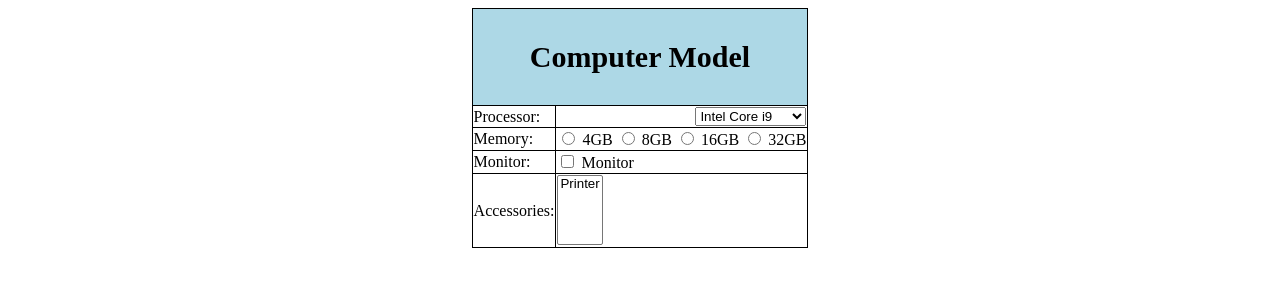
Repository: FatCat0712/JSP
Page: http://localhost/bai_20/computer.jsp
The author's editor kept a copy of each file at every save. The page is drawn from the files as they stood at one save, then again after the next save.
The browser window is 1280 px wide. The pictures show the whole page.
The page is served by Tomcat 9.

Above is the page before, as saved 2024-04-22 12:21:44.

### bai_20/src/main/webapp/computer.jsp
<%@ page language="java" contentType="text/html; charset=UTF-8"
    pageEncoding="UTF-8"%>
<!DOCTYPE html>
<html>
<head>
<meta charset="UTF-8">
<title>Insert title here</title>
<style>
	table,td{
		border: 1px solid black;
		border-collapse: collapse;
	}
</style>
</head>
<body>
	<form action="donHang.jsp">
		<table style="margin-left: auto; margin-right: auto">
			<tr>
				<td colspan="2" style="background-color: lightblue; align-content: center; text-align: center;">
					<p style="font-size: 30px; font-weight: bold;">Computer Model</p>
				</td>
			</tr>
			<tr>
				<td>Processor: </td>
				<td align="right">
					<select name="Processor">
						<option value="corei9">Intel Core i9</option>
						<option value="corei7">Intel Core i7</option>
						<option value="corei5">Intel Core i5</option>
						<option value="corei3">Intel Core i3</option>
						<option value="dualcore">Intel Dual Core</option>
						<option value="pentium">Intel Pentium</option>
					</select>
				</td>
			</tr>
			<tr>
				<td>Memory: </td>
				<td>

						<input type="radio" id="m1" name="memory">
						<label for="m1">4GB</label>

						<input type="radio" id="m2" name="memory">
						<label for="m2">8GB</label>

						<input type="radio" id="m3" name="memory">
						<label for="m3">16GB</label>

						<input type="radio" id="m4" name="memory">
						<label for="m4">32GB</label>


				</td>
			</tr>

			<tr>
				<td>Monitor: </td>
				<td>
					<input type="checkbox" name="monitor" id="monitor"/>
					<label for="monitor">Monitor</label>
				</td>
			</tr>

			<tr>
				<td>
					Accessories:
				</td>
				<td>
					<select name="accessories" multiple="multiple">
						<option value="printer">Printer</option>
					</select>
				</td>

			</tr>



		</table>
	</form>
</body>
</html>

After the next save:
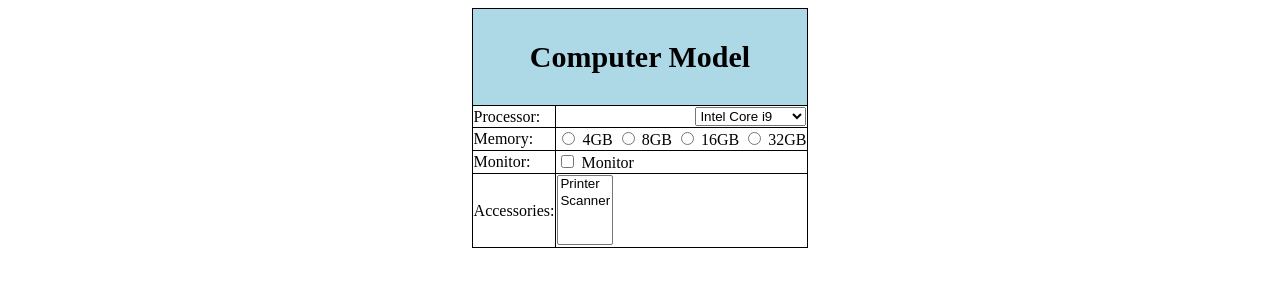
Saved 21 s later.
--- a/bai_20/src/main/webapp/computer.jsp
+++ b/bai_20/src/main/webapp/computer.jsp
@@ -68,6 +68,7 @@
 				<td>
 					<select name="accessories" multiple="multiple">
 						<option value="printer">Printer</option>
+						<option value="scanner">Scanner</option>
 					</select>
 				</td>
 
